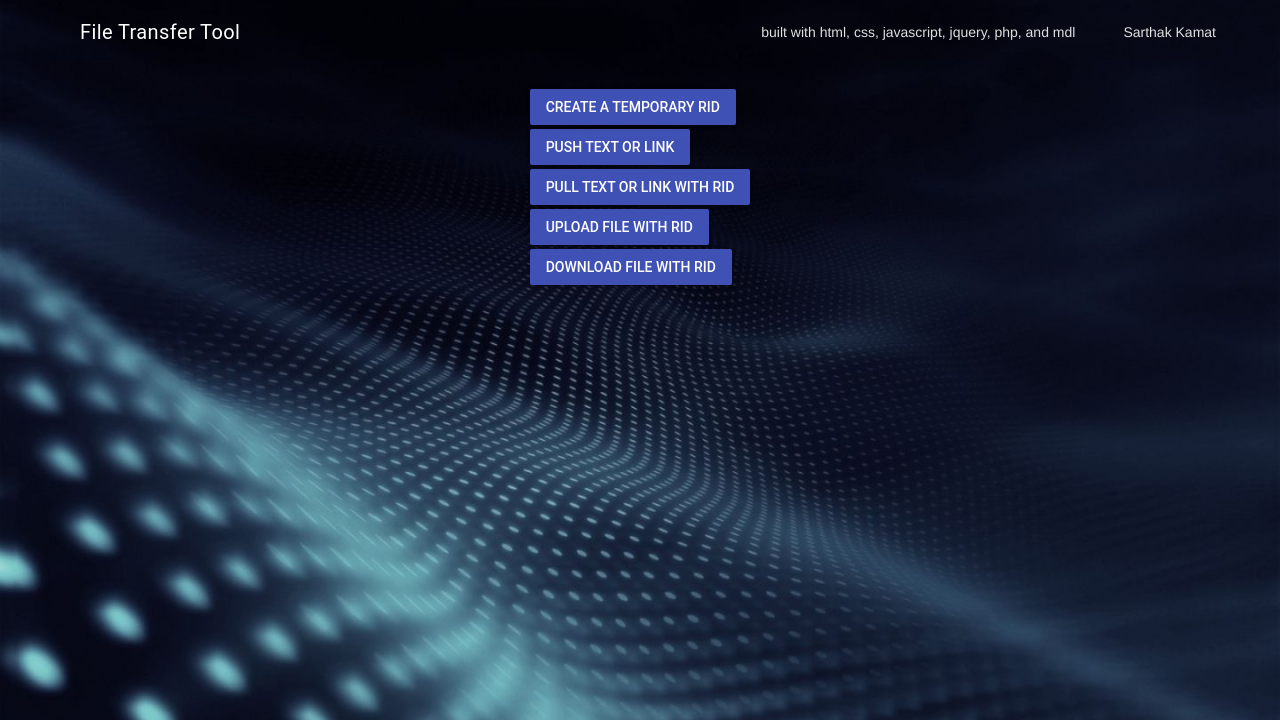
Repository: sartk/transfer
Page: workspace/index.html
The author's editor kept a record of every edit. The page is drawn from the files as they stood at one moment, then again after the next edit.
The browser window is 1280 px wide. The pictures show the whole page.

Above is the page before.

### workspace/index.html


<!DOCTYPE html>
<html>
    <head>
<link rel="stylesheet" href="https://fonts.googleapis.com/icon?family=Material+Icons">
<link rel="stylesheet" href="https://code.getmdl.io/1.3.0/material.indigo-pink.min.css">
<script defer src="https://code.getmdl.io/1.3.0/material.min.js"></script>
    </head>

<body>
    <center>
        <style>
.demo-layout-transparent {
  background: url('../css/header-bg.jpg') center / cover;
}
.demo-layout-transparent .mdl-layout__header,
.demo-layout-transparent .mdl-layout__drawer-button {
  /* This background is dark, so we set text to white. Use 87% black instead if
     your background is light. */
  color: white;
}
</style>

<div class="demo-layout-transparent mdl-layout mdl-js-layout">
  <header class="mdl-layout__header mdl-layout__header--transparent">
    <div class="mdl-layout__header-row">
      <!-- Title -->
      <span class="mdl-layout-title">File Transfer Tool </span>
      <!-- Add spacer, to align navigation to the right -->
      <div class="mdl-layout-spacer"></div>
      <!-- Navigation -->
      <nav class="mdl-navigation">
        <a class="mdl-navigation__link" href="">built with html, css, javascript, jquery, php, and mdl</a>
      <a class="mdl-navigation__link" href="">Sarthak Kamat</a>
      </nav>
    </div>
  </header>

    <div class = "container">
        <table><tr>


           <tr><td><a href = "php/rid.php"><button class="mdl-button mdl-js-button mdl-button--raised mdl-js-ripple-effect mdl-button--colored">Create a temporary rID
</button></a></td></tr>

           <tr><td><a href = "php/load.php"><button class="mdl-button mdl-js-button mdl-button--raised mdl-js-ripple-effect mdl-button--colored">Push Text or link</button></a></td></tr>
        <tr><td><a href = "php/ridload.php"><button class="mdl-button mdl-js-button mdl-button--raised mdl-js-ripple-effect mdl-button--colored">Pull Text or link with rID</button></a></td></tr>
           <tr><td><a href = "php/upload.php"><button class="mdl-button mdl-js-button mdl-button--raised mdl-js-ripple-effect mdl-button--colored">Upload file with rID</button></a></td></tr>
           <tr><td><a href ="php/download.php"><button class="mdl-button mdl-js-button mdl-button--raised mdl-js-ripple-effect mdl-button--colored">Download file with rID</button></a></td></tr>
           <br>


        </tr></table>
        </center>
    </div>
</body>
</html>

After the next edit:
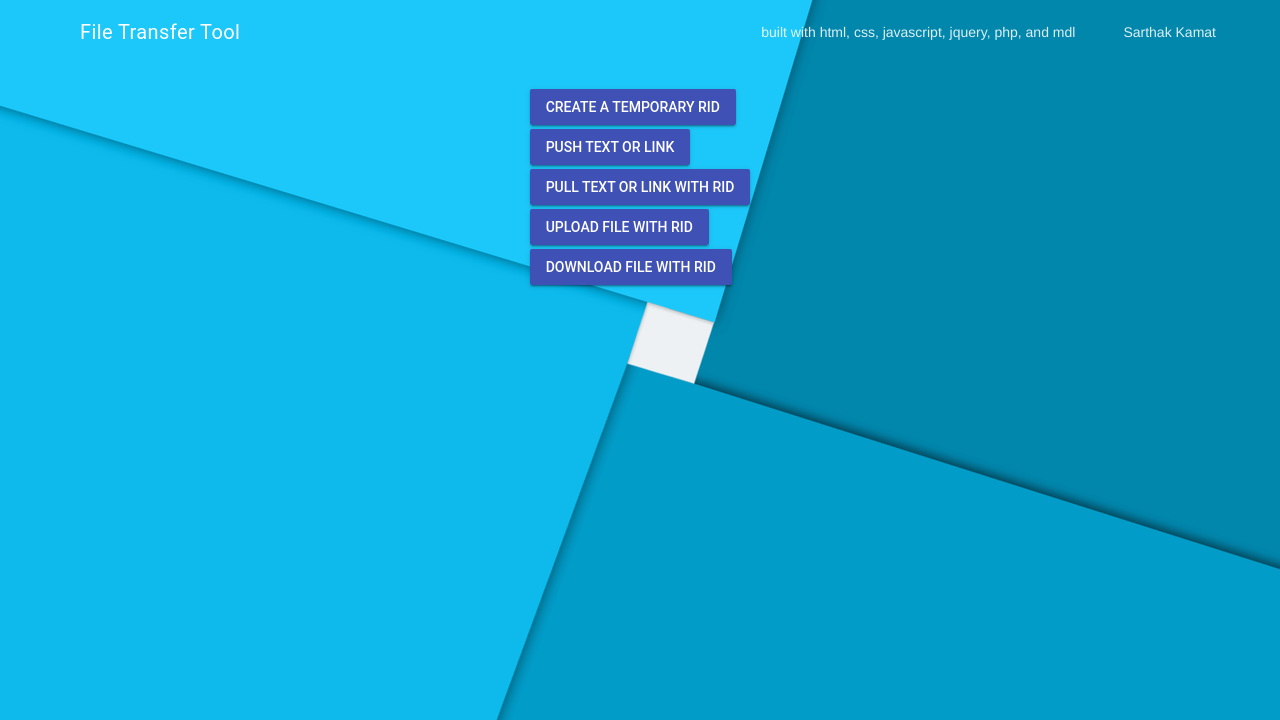
The edit:
--- a/workspace/index.html
+++ b/workspace/index.html
@@ -12,7 +12,7 @@
     <center>
         <style>
 .demo-layout-transparent {
-  background: url('../css/header-bg.jpg') center / cover;
+  background: url('../css/../css/light-wp.png') center / cover;
 }
 .demo-layout-transparent .mdl-layout__header,
 .demo-layout-transparent .mdl-layout__drawer-button {
